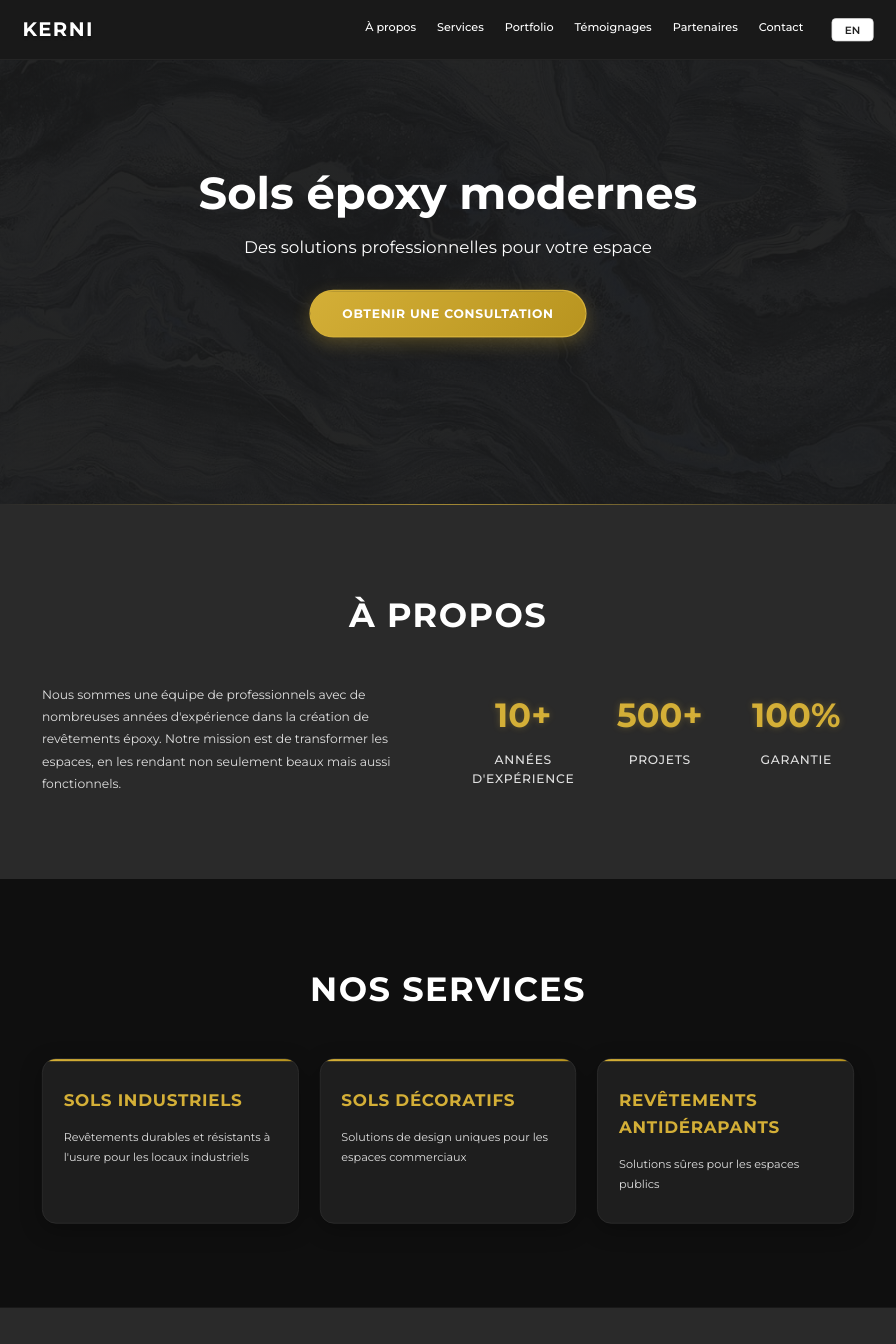
Repository: kerni-ca/kerni-ca
Page: index.html
These files come from the project's save history. The page is drawn as it stood at one moment and after the next save; the edit follows.
The browser window is 1280 px wide. The pictures show the part of the page from y = 0 to 1920 px (the page is 4983 px tall), at 70% of full size.
Backgrounds fixed to the window are drawn as part of the page.

Above is the page before, as saved 2025-07-04 15:44:51.

### index.html
<!DOCTYPE html>
<html lang="uk">
<head>
    <meta charset="UTF-8">
    <meta name="viewport" content="width=device-width, initial-scale=1.0">
    <title data-i18n="title">title</title>
    <meta name="description" data-i18n="description" content="description">
    <meta name="keywords" content="эпоксидные полы Запорожье, укладка эпоксидных полов, эпоксидное покрытие, промышленные полы, декоративные полы">
    <link rel="stylesheet" href="styles.css">
    <link rel="preconnect" href="https://fonts.googleapis.com">
    <link rel="preconnect" href="https://fonts.gstatic.com" crossorigin>
    <link href="https://fonts.googleapis.com/css2?family=Montserrat:wght@400;500;600;700&display=swap" rel="stylesheet">
    <script src="lang.js"></script>
</head>
<body>
    <div id="loading-overlay">
      <div class="spinner">
        <div class="epoxy-icon"></div>
        <div class="spinner-text">KERNI</div>
      </div>
    </div>
    <header class="header">
        <nav class="nav">
            <div class="logo">KERNI</div>
            <ul class="nav-links">
                <li><a href="#about" data-i18n="nav_about">nav_about</a></li>
                <li><a href="#services" data-i18n="nav_services">nav_services</a></li>
                <li><a href="#portfolio" data-i18n="nav_portfolio">nav_portfolio</a></li>
                <li><a href="#testimonials" data-i18n="nav_testimonials">nav_testimonials</a></li>
                <li><a href="#partners" data-i18n="nav_partners">nav_partners</a></li>
                <li><a href="#contact" data-i18n="nav_contact">nav_contact</a></li>
                <li><button id="lang-switch" class="lang-btn"></button></li>
            </ul>
        </nav>
        <div class="hero">
            <h1 data-i18n="hero_title">hero_title</h1>
            <p data-i18n="hero_subtitle">hero_subtitle</p>
            <a href="#contact" class="cta-button" data-i18n="hero_cta">hero_cta</a>
        </div>
    </header>

    <section id="about" class="about">
        <div class="container">
            <h2 data-i18n="about_title">about_title</h2>
            <div class="about-content">
                <div class="about-text">
                    <p data-i18n="about_text">about_text</p>
                </div>
                <div class="about-stats">
                    <div class="stat">
                        <span class="number">10+</span>
                        <span class="label" data-i18n="about_years">about_years</span>
                    </div>
                    <div class="stat">
                        <span class="number">500+</span>
                        <span class="label" data-i18n="about_projects">about_projects</span>
                    </div>
                    <div class="stat">
                        <span class="number">100%</span>
                        <span class="label" data-i18n="about_guarantee">about_guarantee</span>
                    </div>
                </div>
            </div>
        </div>
    </section>

    <section id="services" class="services">
        <div class="container">
            <h2 data-i18n="services_title">services_title</h2>
            <div class="services-grid">
                <div class="service-card">
                    <h3 data-i18n="services_industrial">services_industrial</h3>
                    <p data-i18n="services_industrial_desc">services_industrial_desc</p>
                </div>
                <div class="service-card">
                    <h3 data-i18n="services_decorative">services_decorative</h3>
                    <p data-i18n="services_decorative_desc">services_decorative_desc</p>
                </div>
                <div class="service-card">
                    <h3 data-i18n="services_anti">services_anti</h3>
                    <p data-i18n="services_anti_desc">services_anti_desc</p>
                </div>
            </div>
        </div>
    </section>

    <section id="portfolio" class="portfolio">
        <div class="container">
            <h2 data-i18n="portfolio_title">portfolio_title</h2>
            <div class="portfolio-tiles"></div>
        </div>
    </section>

    <div id="carousel-modal" class="carousel-modal" style="display:none;">
        <div class="carousel-content">
            <span class="carousel-close" id="carousel-close">&times;</span>
            <button class="carousel-arrow left" id="carousel-prev">&#8592;</button>
            <div class="carousel-img-desc-wrapper">
                <img id="carousel-img" src="" alt="Portfolio" />
                <p id="carousel-desc"></p>
            </div>
            <button class="carousel-arrow right" id="carousel-next">&#8594;</button>
        </div>
    </div>

    <!-- Модальное окно для уведомлений -->
    <div id="notification-modal" class="notification-modal" style="display:none;">
        <div class="notification-content">
            <div class="notification-icon">
                <span id="notification-icon">✓</span>
            </div>
            <h3 id="notification-title" data-i18n="notification_success_title">notification_success_title</h3>
            <p id="notification-message" data-i18n="notification_success_message">notification_success_message</p>
            <button id="notification-close" class="notification-btn" data-i18n="notification_ok">notification_ok</button>
        </div>
    </div>

    <section id="testimonials" class="testimonials">
        <div class="container">
            <h2 data-i18n="testimonials_title">testimonials_title</h2>
            <div class="testimonials-grid">
                <div class="testimonial-card">
                    <div class="testimonial-content">
                        <p data-i18n="testimonial_1">testimonial_1</p>
                    </div>
                    <div class="testimonial-author">
                        <img src="images/testimonials/1.jpg" alt="" data-i18n-alt="testimonial_1_alt">
                        <div class="author-info">
                            <h4 data-i18n="testimonial_1_name">testimonial_1_name</h4>
                            <p data-i18n="testimonial_1_position">testimonial_1_position</p>
                        </div>
                    </div>
                </div>
                <div class="testimonial-card">
                    <div class="testimonial-content">
                        <p data-i18n="testimonial_2">testimonial_2</p>
                    </div>
                    <div class="testimonial-author">
                        <img src="images/testimonials/2.jpg" alt="" data-i18n-alt="testimonial_2_alt">
                        <div class="author-info">
                            <h4 data-i18n="testimonial_2_name">testimonial_2_name</h4>
                            <p data-i18n="testimonial_2_position">testimonial_2_position</p>
                        </div>
                    </div>
                </div>
                <div class="testimonial-card">
                    <div class="testimonial-content">
                        <p data-i18n="testimonial_3">testimonial_3</p>
                    </div>
                    <div class="testimonial-author">
                        <img src="images/testimonials/3.jpg" alt="" data-i18n-alt="testimonial_3_alt">
                        <div class="author-info">
                            <h4 data-i18n="testimonial_3_name">testimonial_3_name</h4>
                            <p data-i18n="testimonial_3_position">testimonial_3_position</p>
                        </div>
                    </div>
                </div>
            </div>
        </div>
    </section>

    <section id="partners" class="partners">
        <div class="container">
            <h2 data-i18n="partners_title">partners_title</h2>
            <div class="partners-grid">
                <div class="partner-card">
                    <img src="images/partners/1.jpg" alt="" data-i18n-alt="partner_1_alt">
                    <h3>BASF</h3>
                    <p data-i18n="partner_1_desc">partner_1_desc</p>
                </div>
                <div class="partner-card">
                    <img src="images/partners/2.jpg" alt="" data-i18n-alt="partner_2_alt">
                    <h3>Sika</h3>
                    <p data-i18n="partner_2_desc">partner_2_desc</p>
                </div>
                <div class="partner-card">
                    <img src="images/partners/3.jpg" alt="" data-i18n-alt="partner_3_alt">
                    <h3>Mapei</h3>
                    <p data-i18n="partner_3_desc">partner_3_desc</p>
                </div>
                <div class="partner-card">
                    <img src="images/partners/4.jpg" alt="" data-i18n-alt="partner_4_alt">
                    <h3>Ardex</h3>
                    <p data-i18n="partner_4_desc">partner_4_desc</p>
                </div>
            </div>
        </div>
    </section>

    <section id="contact" class="contact">
        <div class="container">
            <h2 data-i18n="contact_title">contact_title</h2>
            <div class="contact-content">
                <form class="contact-form">
                    <input type="text" name="name" data-i18n="contact_name" placeholder="contact_name" required>
                    <input type="tel" name="phone" data-i18n="contact_phone" placeholder="contact_phone" required>
                    <input type="email" name="email" data-i18n="contact_email" placeholder="contact_email" required>
                    <textarea name="message" data-i18n="contact_message" placeholder="contact_message" required></textarea>
                    <button type="submit" class="submit-button" data-i18n="contact_send">contact_send</button>
                </form>
                <div class="contact-info">
                    <div class="info-item">
                        <h3 data-i18n="contact_address_title">contact_address_title</h3>
                        <p data-i18n="contact_address">contact_address</p>
                    </div>
                    <div class="info-item">
                        <h3 data-i18n="contact_phone_title">contact_phone_title</h3>
                        <p data-i18n="contact_phone_value">contact_phone_value</p>
                    </div>
                    <div class="info-item">
                        <h3 data-i18n="contact_email_title">contact_email_title</h3>
                        <p data-i18n="contact_email_value">contact_email_value</p>
                    </div>
                </div>
            </div>
        </div>
    </section>

    <footer class="footer">
        <div class="container">
            <div class="footer-content">
                <div class="footer-logo">KERNI</div>
                <p data-i18n="footer_rights">footer_rights</p>
            </div>
        </div>
    </footer>

    <style>
      .lang-btn {
        background: #fff;
        color: #222;
        border: 1px solid #ddd;
        border-radius: 6px;
        padding: 6px 18px;
        font-family: inherit;
        font-size: 15px;
        font-weight: 600;
        margin-left: 10px;
        cursor: pointer;
        transition: background 0.2s, color 0.2s, border 0.2s;
        box-shadow: 0 1px 4px rgba(0,0,0,0.04);
      }
      .lang-btn:hover {
        background: #222;
        color: #fff;
        border: 1px solid #222;
      }
      .carousel-modal {
        position: fixed;
        z-index: 9999;
        left: 0; top: 0; width: 100vw; height: 100vh;
        background: rgba(0,0,0,0.8);
        display: flex; align-items: center; justify-content: center;
      }
      .carousel-content {
        position: relative;
        background: #fff;
        border-radius: 10px;
        padding: 20px;
        box-shadow: 0 8px 32px rgba(0,0,0,0.3);
        display: flex; align-items: center;
      }
      .carousel-content img {
        max-width: 70vw; max-height: 70vh; border-radius: 8px;
      }
      .carousel-close {
        position: absolute; top: 10px; right: 20px; font-size: 2rem; color: #222; cursor: pointer; z-index: 2;
      }
      .carousel-arrow {
        background: #222; color: #fff; border: none; border-radius: 50%; width: 40px; height: 40px; font-size: 1.5rem; cursor: pointer; margin: 0 15px; opacity: 0.8; transition: opacity 0.2s;
      }
      .carousel-arrow:hover { opacity: 1; }

      /* Стили для модального окна уведомлений */
      .notification-modal {
        position: fixed;
        z-index: 10000;
        left: 0; top: 0; width: 100vw; height: 100vh;
        background: rgba(0,0,0,0.6);
        display: flex; align-items: center; justify-content: center;
        opacity: 0;
        transition: opacity 0.3s ease;
      }
      .notification-modal.show {
        opacity: 1;
      }
      .notification-content {
        background: #fff;
        border-radius: 15px;
        padding: 40px;
        text-align: center;
        box-shadow: 0 10px 40px rgba(0,0,0,0.3);
        max-width: 400px;
        width: 90%;
        transform: scale(0.8);
        transition: transform 0.3s ease;
      }
      .notification-modal.show .notification-content {
        transform: scale(1);
      }
      .notification-icon {
        width: 80px;
        height: 80px;
        border-radius: 50%;
        margin: 0 auto 20px;
        display: flex;
        align-items: center;
        justify-content: center;
        font-size: 2.5rem;
        font-weight: bold;
      }
      .notification-icon.success {
        background: #4CAF50;
        color: white;
      }
      .notification-icon.error {
        background: #f44336;
        color: white;
      }
      .notification-content h3 {
        margin: 0 0 15px 0;
        font-size: 1.5rem;
        font-weight: 600;
        color: #333;
      }
      .notification-content p {
        margin: 0 0 25px 0;
        color: #666;
        line-height: 1.5;
      }
      .notification-btn {
        background: #222;
        color: #fff;
        border: none;
        border-radius: 8px;
        padding: 12px 30px;
        font-size: 1rem;
        font-weight: 600;
        cursor: pointer;
        transition: background 0.2s;
      }
      .notification-btn:hover {
        background: #444;
      }
    </style>
    <script src="config.js"></script>
    <script src="script.js" type="module"></script>
</body>
</html>

Loaded but not shown: fr.json (99 lines, source omitted); script.js (271 lines, source omitted); lang.js (59 lines, source omitted); sendToTelegram.js (57 lines, source omitted); config.js (10 lines, source omitted); getGeoInfo.js (12 lines, source omitted); styles.css (866 lines, source omitted)

After the next save:
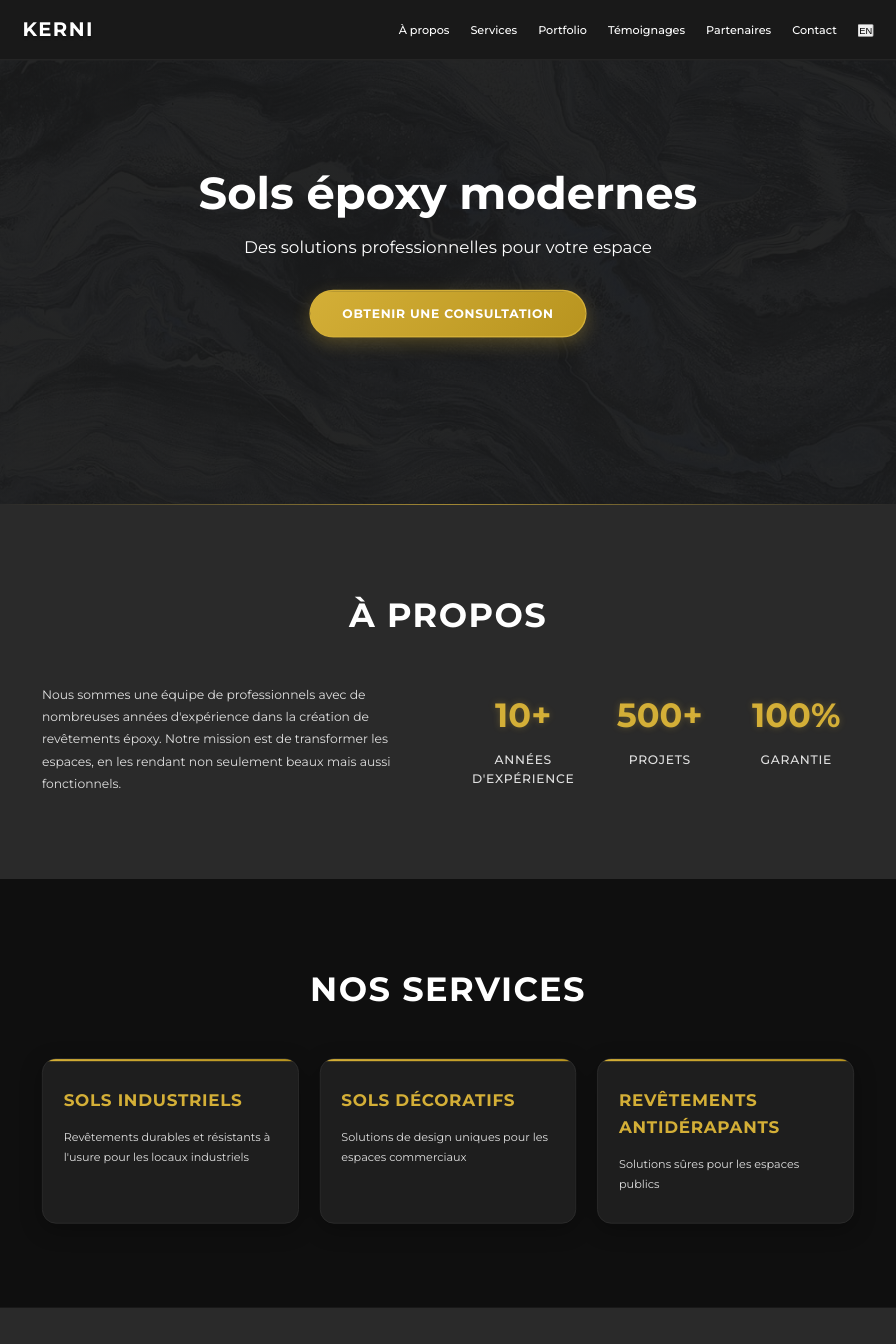
Saved 5 s later.
--- a/index.html
+++ b/index.html
@@ -224,125 +224,6 @@
             </div>
         </div>
     </footer>
-
-    <style>
-      .lang-btn {
-        background: #fff;
-        color: #222;
-        border: 1px solid #ddd;
-        border-radius: 6px;
-        padding: 6px 18px;
-        font-family: inherit;
-        font-size: 15px;
-        font-weight: 600;
-        margin-left: 10px;
-        cursor: pointer;
-        transition: background 0.2s, color 0.2s, border 0.2s;
-        box-shadow: 0 1px 4px rgba(0,0,0,0.04);
-      }
-      .lang-btn:hover {
-        background: #222;
-        color: #fff;
-        border: 1px solid #222;
-      }
-      .carousel-modal {
-        position: fixed;
-        z-index: 9999;
-        left: 0; top: 0; width: 100vw; height: 100vh;
-        background: rgba(0,0,0,0.8);
-        display: flex; align-items: center; justify-content: center;
-      }
-      .carousel-content {
-        position: relative;
-        background: #fff;
-        border-radius: 10px;
-        padding: 20px;
-        box-shadow: 0 8px 32px rgba(0,0,0,0.3);
-        display: flex; align-items: center;
-      }
-      .carousel-content img {
-        max-width: 70vw; max-height: 70vh; border-radius: 8px;
-      }
-      .carousel-close {
-        position: absolute; top: 10px; right: 20px; font-size: 2rem; color: #222; cursor: pointer; z-index: 2;
-      }
-      .carousel-arrow {
-        background: #222; color: #fff; border: none; border-radius: 50%; width: 40px; height: 40px; font-size: 1.5rem; cursor: pointer; margin: 0 15px; opacity: 0.8; transition: opacity 0.2s;
-      }
-      .carousel-arrow:hover { opacity: 1; }
-
-      /* Стили для модального окна уведомлений */
-      .notification-modal {
-        position: fixed;
-        z-index: 10000;
-        left: 0; top: 0; width: 100vw; height: 100vh;
-        background: rgba(0,0,0,0.6);
-        display: flex; align-items: center; justify-content: center;
-        opacity: 0;
-        transition: opacity 0.3s ease;
-      }
-      .notification-modal.show {
-        opacity: 1;
-      }
-      .notification-content {
-        background: #fff;
-        border-radius: 15px;
-        padding: 40px;
-        text-align: center;
-        box-shadow: 0 10px 40px rgba(0,0,0,0.3);
-        max-width: 400px;
-        width: 90%;
-        transform: scale(0.8);
-        transition: transform 0.3s ease;
-      }
-      .notification-modal.show .notification-content {
-        transform: scale(1);
-      }
-      .notification-icon {
-        width: 80px;
-        height: 80px;
-        border-radius: 50%;
-        margin: 0 auto 20px;
-        display: flex;
-        align-items: center;
-        justify-content: center;
-        font-size: 2.5rem;
-        font-weight: bold;
-      }
-      .notification-icon.success {
-        background: #4CAF50;
-        color: white;
-      }
-      .notification-icon.error {
-        background: #f44336;
-        color: white;
-      }
-      .notification-content h3 {
-        margin: 0 0 15px 0;
-        font-size: 1.5rem;
-        font-weight: 600;
-        color: #333;
-      }
-      .notification-content p {
-        margin: 0 0 25px 0;
-        color: #666;
-        line-height: 1.5;
-      }
-      .notification-btn {
-        background: #222;
-        color: #fff;
-        border: none;
-        border-radius: 8px;
-        padding: 12px 30px;
-        font-size: 1rem;
-        font-weight: 600;
-        cursor: pointer;
-        transition: background 0.2s;
-      }
-      .notification-btn:hover {
-        background: #444;
-      }
-    </style>
     <script src="config.js"></script>
     <script src="script.js" type="module"></script>
 </body>
